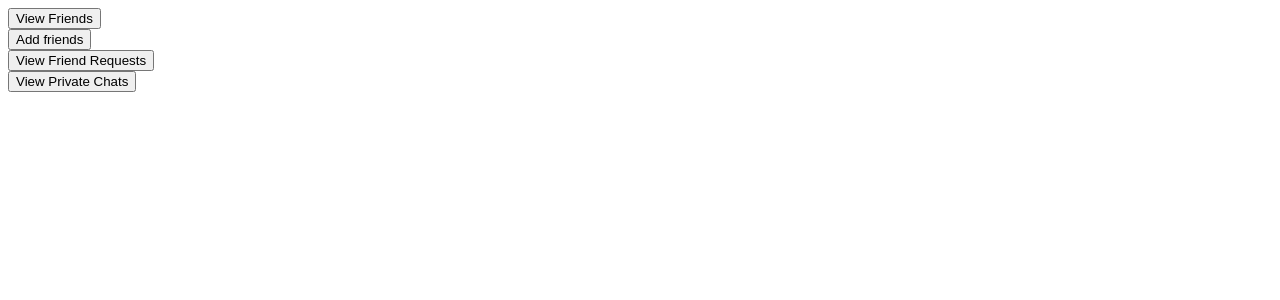
Repository: JamesArul/CLBSiteSTMT
Page: StudentsMeetFrontEnd/WebContent/User/FriendHome.html
An editor plug-in stored every save of this project. The page is shown before and after the next save, followed by the edit.
The browser window is 1280 px wide. The pictures show the whole page.

Above is the page before, as saved 2017-06-07 06:18:06.

After the next save:
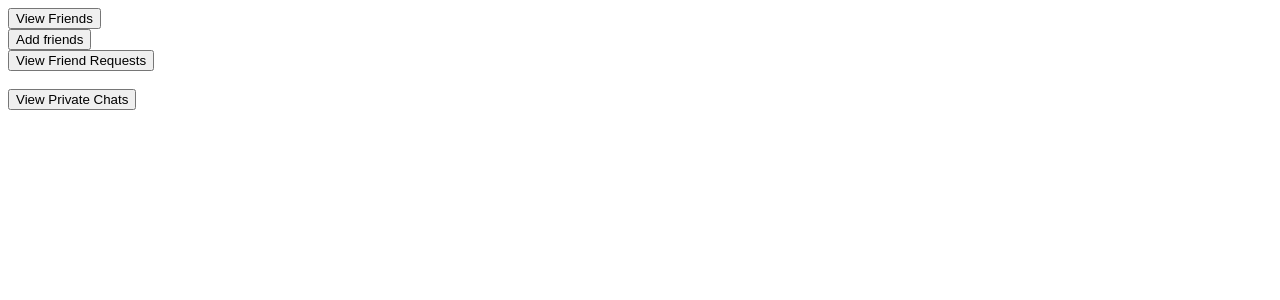
Saved 15 min 57 s later.
--- a/StudentsMeetFrontEnd/WebContent/User/FriendHome.html
+++ b/StudentsMeetFrontEnd/WebContent/User/FriendHome.html
@@ -10,8 +10,9 @@
 <div class="col-sm-4">
 <button type="button" class="btn btn-success" ng-click="ctrl.getFriendRequests()">View Friend Requests</button>
 </div>
+</div>
+<br/>
 <div ng-controller="ChatController as cctrl">
 <button type="button" class="btn btn-warning" ng-click="cctrl.getPrivateChats()">View Private Chats</button>
 </div>
 </div>
-</div>
